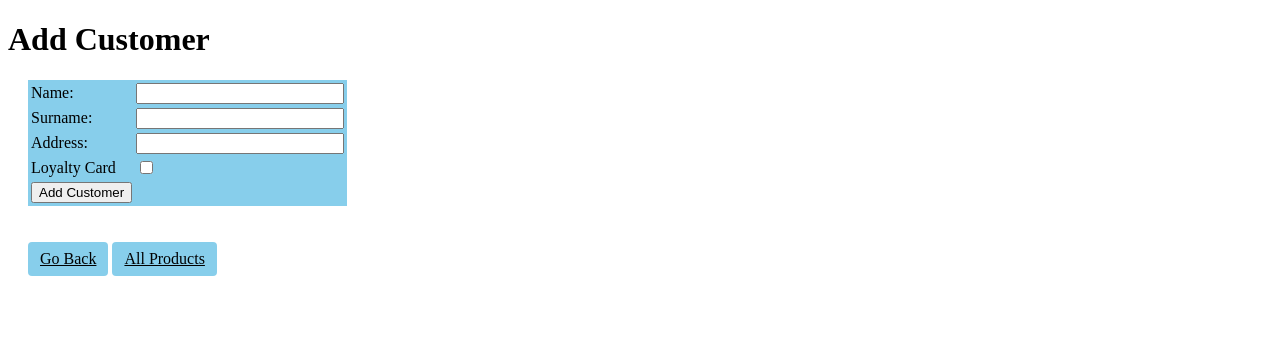
Repository: ieuqirne/Software_Architecture
Page: DE_Store/WebContent/addCustomer.html
The author's editor kept a copy of each file at every save. The page is drawn from the files as they stood at one save, then again after the next save.
The browser window is 1280 px wide. The pictures show the whole page.

Above is the page before, as saved 2019-11-26 00:58:32.

### DE_Store/WebContent/addCustomer.html

<!DOCTYPE html>
<html>
<head>
<link href="StyleSheet.css" rel="stylesheet">
<meta charset="ISO-8859-1">
<title>Add Customer</title>
</head>
<body>
	<h1>Add Customer</h1>
	<form action=ManagerAddCustomer.jsp method="post">
		<table class="table">
			<tr>
				<td>Name:</td>
				<td><input type="text" name="name" style="width: 200px"></td>
			</tr>
			<tr>
				<td>Surname:</td>
				<td><input type="text" name="surname" style="width: 200px"></td>
			</tr>
			<tr>
				<td>Address:</td>
				<td><input type="text" name="address" style="width: 200px"></td>
			</tr>
			<tr>
				<td>Loyalty Card</td>
				<td><input type="checkbox" name="loyalty" value=1></td>
			</tr>
			<tr>
				<td><input type="submit" value="Add Customer"></td>
			</tr>
		</table>
	</form>
	<div style="margin-left:20px;" class="buttons-container" >
		<br> <br>
		<a class="button" href="/DE_Store/welcome.jsp">Go Back</a>
		<a class="button" href="AllCustomer" >All Products</a>
	</div>
	<!--  Complete Interface addCustomer. -->
</body>
</html>

### DE_Store/WebContent/StyleSheet.css
.button {
  display: inline-block;
    padding: 8px 12px;
    cursor: pointer;
    border-radius: 4px;
    background-color: skyblue;
    font-size: 16px;
    color: black;
}

.table{
	background-color: skyblue;
	margin-left: 20px;
	margin-left: 20px;
	border: 1px;
}

After the next save:
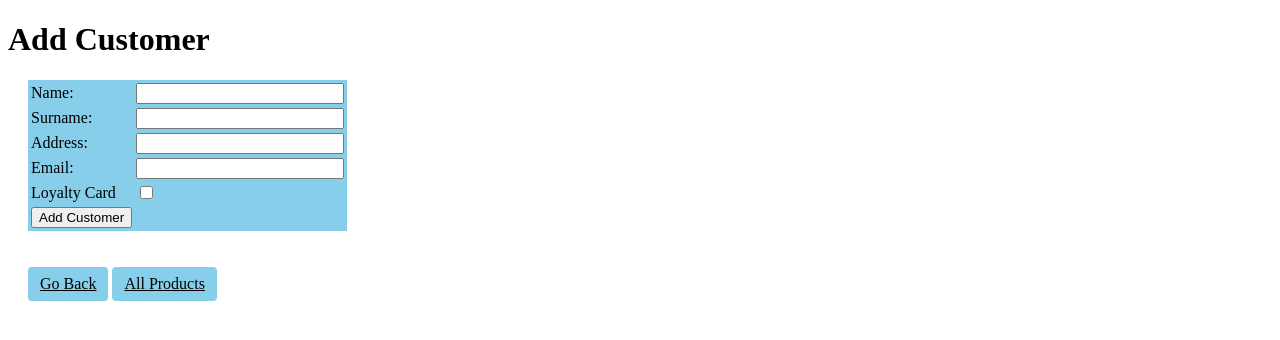
Saved 63 s later.
--- a/DE_Store/WebContent/addCustomer.html
+++ b/DE_Store/WebContent/addCustomer.html
@@ -23,6 +23,11 @@
 				<td><input type="text" name="address" style="width: 200px"></td>
 			</tr>
 			<tr>
+				<td>Email:</td>
+				<td><input type="text" name="email" style="width: 200px"></td>
+			</tr>
+
+			<tr>
 				<td>Loyalty Card</td>
 				<td><input type="checkbox" name="loyalty" value=1></td>
 			</tr>
